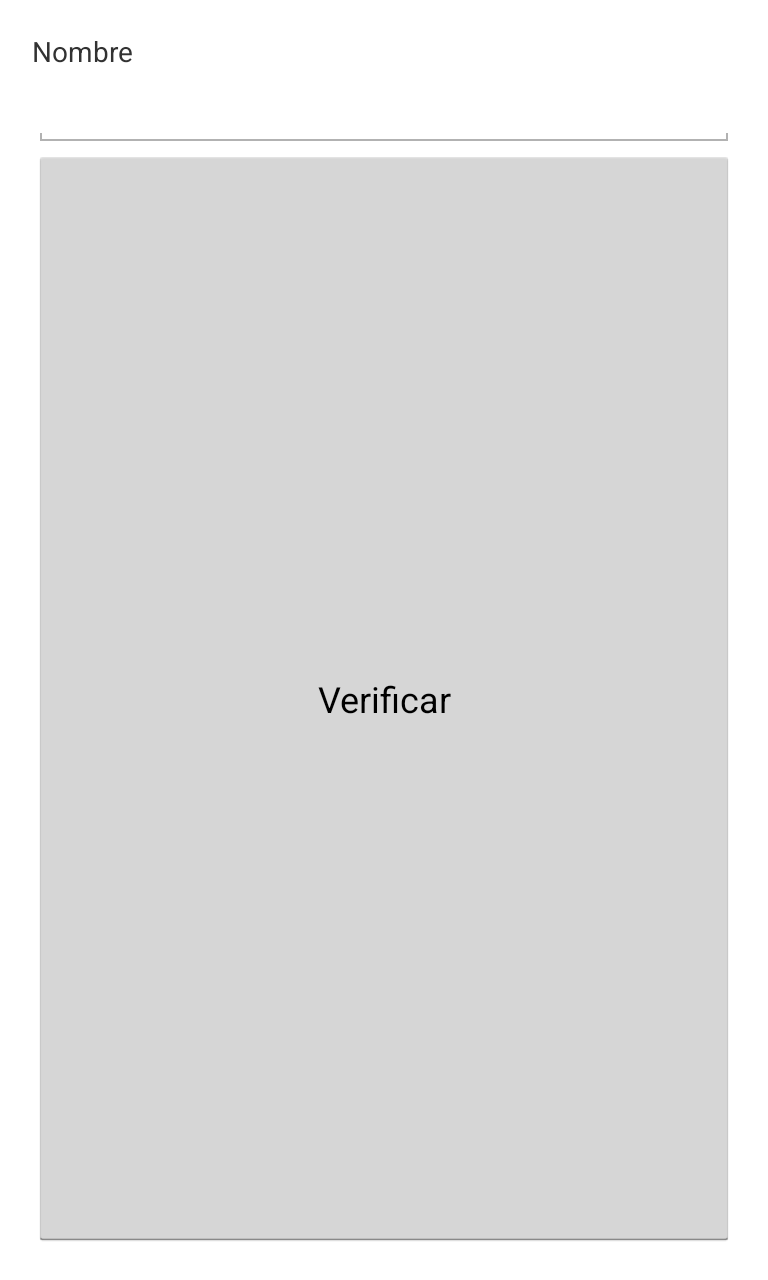
Repository: huynkprovn/monbat
Layout: android/workspace/ComunicacionActividades/res/layout/layout1.xml
An editor plug-in stored every save of this project. The layout is shown before and after the next save, followed by the edit.
It is drawn on a 768 x 1280 px phone screen (xhdpi) without system bars, with theme AppTheme; the app's code is not run.

Above is the layout before, as saved 2013-08-05 21:39:46.

After the next save:
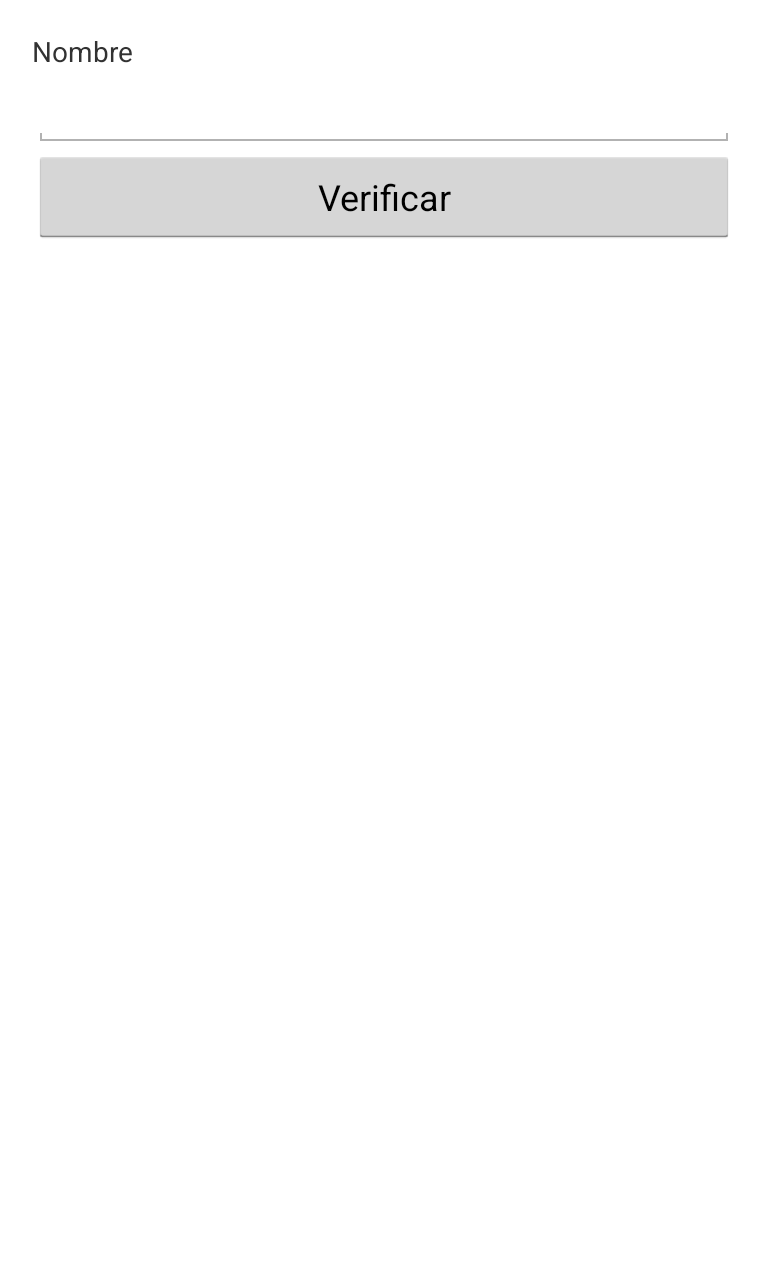
Saved 53 s later.
--- a/android/workspace/ComunicacionActividades/res/layout/layout1.xml
+++ b/android/workspace/ComunicacionActividades/res/layout/layout1.xml
@@ -22,7 +22,7 @@
     <Button
 	    android:id="@+id/bVerificar"
 	    android:layout_width="fill_parent"
-	    android:layout_height="fill_parent"
+	    android:layout_height="wrap_content"
 	    android:text="@string/bVerificar" />
 
     <TextView
